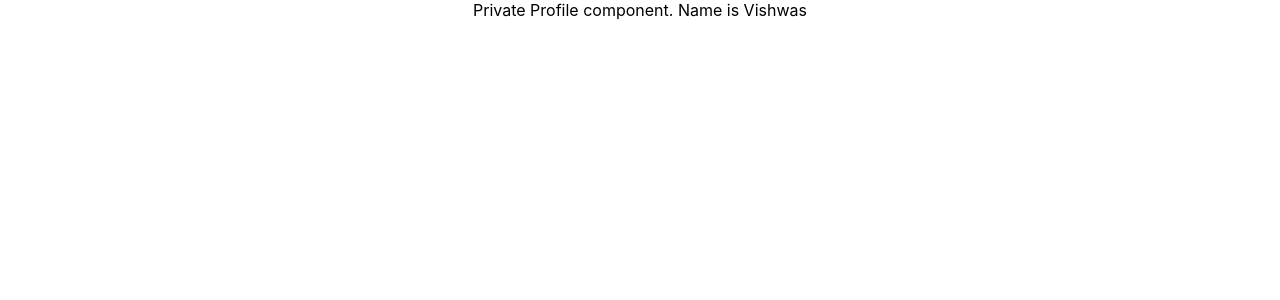
Repository: vuongtm1999/ALTA-exercise-1
Page: /
The author's editor kept a copy of each file at every save. The page is drawn from the files as they stood at one save, then again after a run of saves.
The browser window is 1280 px wide. The pictures show the whole page.
The project was rebuilt for these pictures with package versions that can differ from the ones it lists, and the page was loaded fresh each time. Also part of the build but not shown: src/auth/Login.tsx.

Above is the page before, as saved 2022-10-26 18:49:02.

### src/App.tsx
import './App.css';
import { Private } from './auth/Private';
import { Profile } from './auth/Profile';
import { Counter } from './class/Counter';



function App() {
  // const personName = {
  //   firstName: "Vuong",
  //   lastName: "Tran",
  // }

  // const listName = [
  //   {
  //     firstName: "Vuong",
  //     lastName: "Tran",
  //   },
  //   {
  //     firstName: "Thuy",
  //     lastName: "Tran",
  //   },
  //   {
  //     firstName: "Bui",
  //     lastName: "Phuoc",
  //   }
  // ]
  return (
    <div className="App">
      <Private isLoggedIn={true} Component={Profile} />
    </div>
  );
}

export default App;

### src/auth/Private.tsx
import { Login } from "./Login";
import { ProfileProps } from "./Profile";

type PrivateProps = {
  isLoggedIn: boolean;
  // Tra ve component gi do nhan prop theo kieu ProfileProps
  Component: React.ComponentType<ProfileProps>;
};

export const Private = ({ isLoggedIn, Component }: PrivateProps) => {
  if (isLoggedIn) {
    return <Component name="Vishwas" />;
  } else {
    return <Login />;
  }
};

### src/auth/Profile.tsx
export type ProfileProps = {
  name: string;
};

export const Profile = ({ name }: ProfileProps) => {
  return <div>Private Profile component. Name is {name}</div>;
};

Loaded but not shown: public/index.html (common file); src/index.tsx (common file); src/index.css (common file); src/reportWebVitals.ts (common file); src/App.css (common file)

After the next 3 saves:
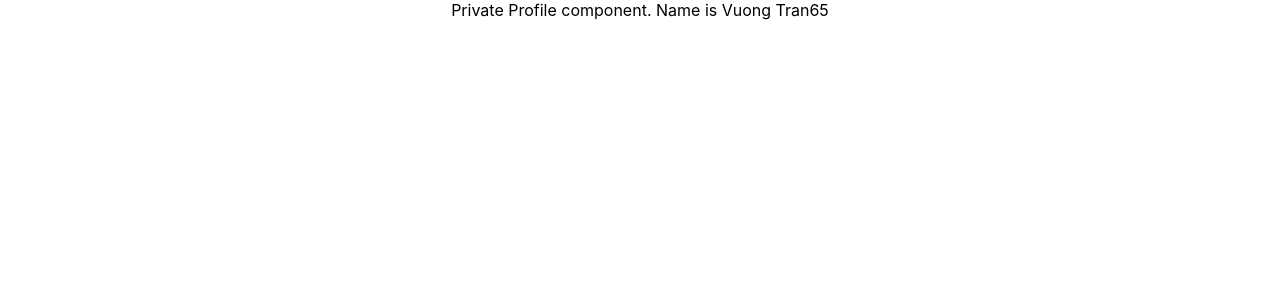
The 3 saves are shown as one change because they came seconds apart.
The last was saved 18 s later.
--- a/src/auth/Private.tsx
+++ b/src/auth/Private.tsx
@@ -9,7 +9,7 @@ type PrivateProps = {
 
 export const Private = ({ isLoggedIn, Component }: PrivateProps) => {
   if (isLoggedIn) {
-    return <Component name="Vishwas" />;
+    return <Component name="Vuong Tran65" />;
   } else {
     return <Login />;
   }
